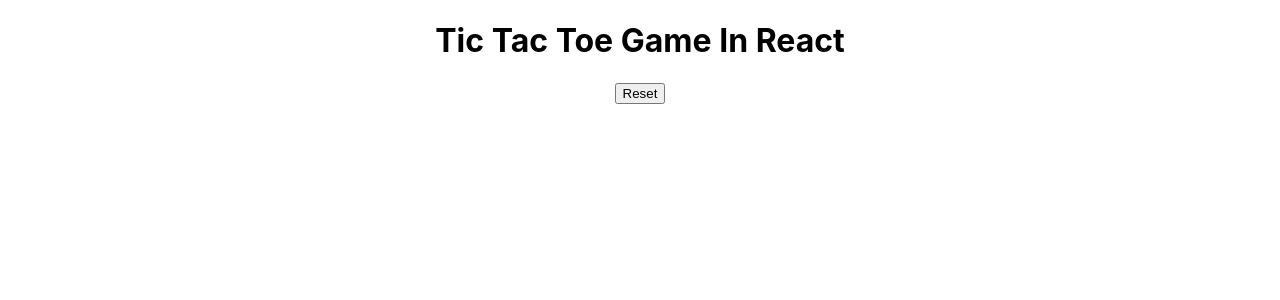
Repository: GigaByte6610/TicTacToe
Page: /
An editor plug-in stored every save of this project. The page is shown before and after the next save, followed by the edit.
The browser window is 1280 px wide. The pictures show the whole page.
The project was rebuilt for these pictures with package versions that can differ from the ones it lists, and the page was loaded fresh each time. Also part of the build but not shown: src/App.css.

Above is the page before, as saved 2025-01-31 12:29:30.

### public/index.html
<!DOCTYPE html>
<html lang="en">

<head>
    <meta charset="utf-8" />
    <link rel="icon" href="%PUBLIC_URL%/favicon.ico" />
    <meta name="viewport" content="width=device-width, initial-scale=1" />
    <meta name="theme-color" content="#000000" />
    <meta name="description" content="Web site created using create-react-app" />
    <link rel="apple-touch-icon" href="%PUBLIC_URL%/logo192.png" />
    <!--
      manifest.json provides metadata used when your web app is installed on a
      user's mobile device or desktop. See https://developers.google.com/web/fundamentals/web-app-manifest/
    -->
    <link rel="manifest" href="%PUBLIC_URL%/manifest.json" />
    <!--
      Notice the use of %PUBLIC_URL% in the tags above.
      It will be replaced with the URL of the `public` folder during the build.
      Only files inside the `public` folder can be referenced from the HTML.

      Unlike "/favicon.ico" or "favicon.ico", "%PUBLIC_URL%/favicon.ico" will
      work correctly both with client-side routing and a non-root public URL.
      Learn how to configure a non-root public URL by running `npm run build`.
    -->
    <title>TicTacToe</title>
</head>

<body>
    <noscript>You need to enable JavaScript to run this app.</noscript>
    <div id="root"></div>
    <!--
      This HTML file is a template.
      If you open it directly in the browser, you will see an empty page.

      You can add webfonts, meta tags, or analytics to this file.
      The build step will place the bundled scripts into the <body> tag.

      To begin the development, run `npm start` or `yarn start`.
      To create a production bundle, use `npm run build` or `yarn build`.
    -->
</body>

</html>

### src/index.css
body {
    margin: 0;
    font-family: -apple-system, BlinkMacSystemFont, 'Segoe UI', 'Roboto', 'Oxygen', 'Ubuntu', 'Cantarell', 'Fira Sans', 'Droid Sans', 'Helvetica Neue', sans-serif;
    -webkit-font-smoothing: antialiased;
    -moz-osx-font-smoothing: grayscale;
    background: color blue;
}

code {
    font-family: source-code-pro, Menlo, Monaco, Consolas, 'Courier New', monospace;
}

### src/App.js
import './App.css';
import TicTacToe from './Components/TicTacToe/TicTacToe'; // Ensure the path is correct


function App() {
    return ( <
        div >
        <
        TicTacToe / >
        <
        /div>
    );

}

export default App;

### src/Components/TicTacToe/TicTacToe.jsx
import React from 'react'
import './TicTacToe.css'
//  import  myImage from './Components/Assets/circle.png'
//  import myImage2 from './Components/Assets/cross.png'
const TicTacToe = () => {
  return (
    <div className='container'>
        <h1 class name='title'>Tic Tac Toe Game In <span>React</span></h1>
        <div className='board'></div>
        <button className='reset'>Reset</button>





    </div>
  )
}

export default TicTacToe

### src/Components/TicTacToe/TicTacToe.css
.container {
    text-align: center;
}

.title {
    margin-top: 50px;
    color: white;
    font-size: 60px;
    display: flex;
    justify-content: center;
    align-items: center;
}

.title span {
    color: #26ffcb;
    padding-left: 15px;
}

Loaded but not shown: src/index.js (common file); src/reportWebVitals.js (common file)

After the next save:
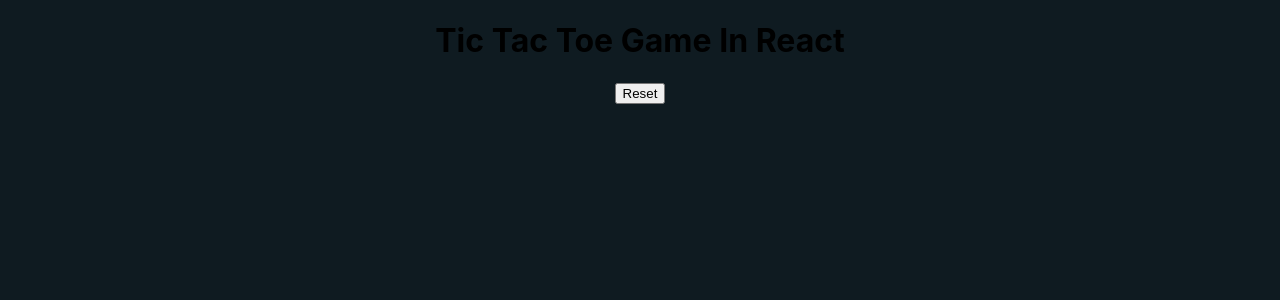
Saved 51 s later.
--- a/src/index.css
+++ b/src/index.css
@@ -3,7 +3,7 @@
     font-family: -apple-system, BlinkMacSystemFont, 'Segoe UI', 'Roboto', 'Oxygen', 'Ubuntu', 'Cantarell', 'Fira Sans', 'Droid Sans', 'Helvetica Neue', sans-serif;
     -webkit-font-smoothing: antialiased;
     -moz-osx-font-smoothing: grayscale;
-    background: color blue;
+    background: #0f1B21;
 }
 
 code {
